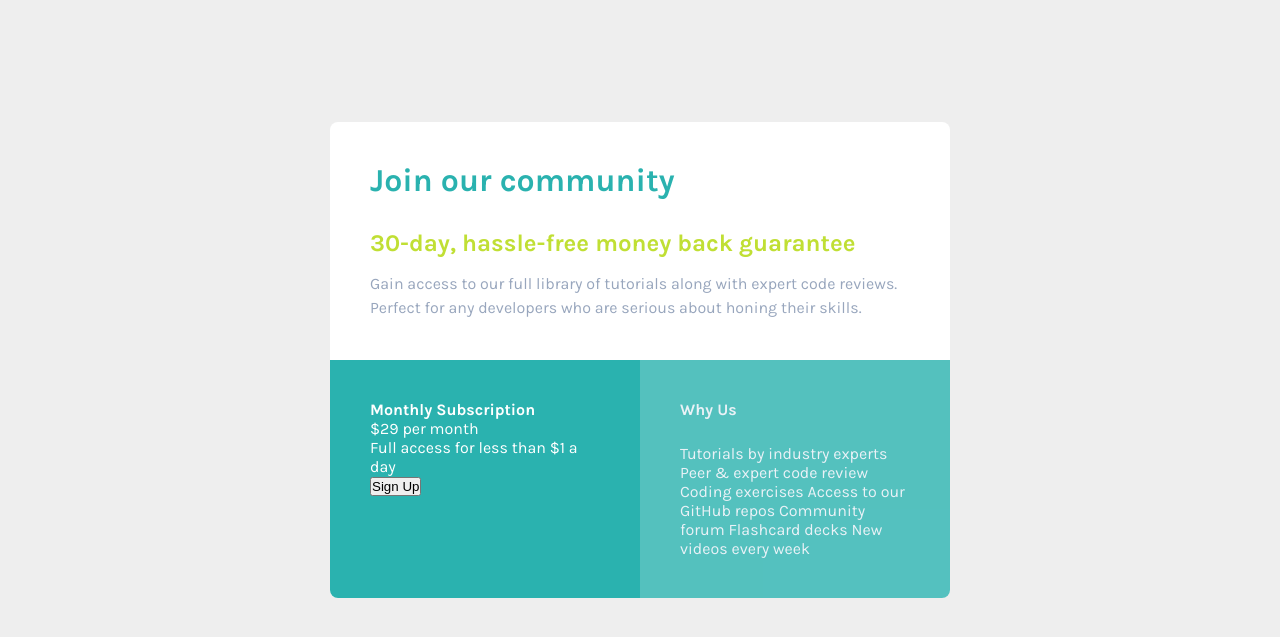
Repository: Akashiii1/WebSingleGrid_Day3
Page: index.html
An editor plug-in stored every save of this project. The page is shown before and after the next save, followed by the edit.
The browser window is 1280 px wide. The pictures show the whole page.

Above is the page before, as saved 2021-12-22 01:51:16.

### index.html
<!DOCTYPE html>
<html lang="en">
  <head>
    <meta charset="UTF-8" />
    <meta name="viewport" content="width=device-width, initial-scale=1.0" />
    <!-- displays site properly based on user's device -->

    <link
      rel="icon"
      type="image/png"
      sizes="32x32"
      href="./images/favicon-32x32.png"
    />

    <title>Frontend Mentor | Single Price Grid Component</title>

    <!-- Feel free to remove these styles or customise in your own stylesheet 👍 -->
    <link rel="stylesheet" href="style.css" />
    <style>
      .attribution {
        font-size: 11px;
        text-align: center;
      }
      .attribution a {
        color: hsl(228, 45%, 44%);
      }
    </style>
  </head>
  <body>
    <!-- Join our community

  30-day, hassle-free money back guarantee

  Gain access to our full library of tutorials along with expert code reviews.
  Perfect for any developers who are serious about honing their skills.

  Monthly Subscription

  &dollar;29 per month

  Full access for less than &dollar;1 a day

  Sign Up

  Why Us

  Tutorials by industry experts
  Peer &amp; expert code review
  Coding exercises
  Access to our GitHub repos
  Community forum
  Flashcard decks
  New videos every week -->
    <div class="wrapper">
      <div class="container">
        <div class="box item1">
          <h1>Join our community</h1>
          <h3>30-day, hassle-free money back guarantee</h3>
          <p>
            Gain access to our full library of tutorials along with expert code
            reviews. Perfect for any developers who are serious about honing
            their skills.
          </p>
        </div>
        <div class="box item2">
          <h4>Monthly Subscription</h4>
          <span>&dollar;29 per month</span>
          <p>Full access for less than &dollar;1 a day</p>
          <button class="btn">Sign Up</button>
        </div>
        <div class="box item3">
          <h4>Why Us</h4>
          <p>
            Tutorials by industry experts Peer &amp; expert code review Coding
            exercises Access to our GitHub repos Community forum Flashcard decks
            New videos every week
          </p>
        </div>
      </div>
    </div>
    <!-- <footer>
    <p class="attribution">
      Challenge by <a href="https://www.frontendmentor.io?ref=challenge" target="_blank">Frontend Mentor</a>.
      Coded by <a href="#">Your Name Here</a>.
    </p>
  </footer> -->
  </body>
</html>

### style.css

@import url('https://fonts.googleapis.com/css2?family=Karla:wght@400;700&display=swap');
:root{
  --Cyan: hsl(179, 62%, 43%);
 --BrightYellow: hsl(71, 73%, 54%);
 --LightGray: hsl(204, 43%, 93%);
 --GrayishBlue: hsl(218, 22%, 67%);
}
html {
box-sizing: border-box;
}
*{
margin: 0;
padding: 0;
}
*,*:before,*:after {
box-sizing: border-box;
}
input,
textarea,
select,
button{
outline: none;
}
input{
line-height: normal;
}
label,
button{
cursor: pointer;
}
a {
text-decoration: none;
}
img {
display: block;
max-width: 100%;
}
body{
  font-family: 'Karla', sans-serif;
  display: flex;
  justify-content: center;
  align-items: center;
  min-height: 100vh;
  background-color: #eee;
}
.wrapper{
  max-width: 620px;
  background-color: #fff;
  border-radius: 8px;
  overflow: hidden;
}
.container{
  display: grid;
  grid-template-columns:1fr 1fr;
  grid-template-rows: 1fr 1fr;
  grid-template-areas:"it1 it1"
                      "it2 it3";
}
.item1{
  grid-area: it1;
}
.item2{
  grid-area: it2;

}
.item3{
  grid-area: it3;
}
.box{
  padding: 40px;
}
.item1 h1{
  font-size: 32px;
  color:var(--Cyan) ;
  margin-bottom: 30px;
}
.item1 h3{
  color: var(--BrightYellow);
  font-size: 24px;
  margin-bottom: 15px;
}
.item1 p{
  color: var(--GrayishBlue);
  font-weight: 400;
  line-height: 1.5;

}
.item2 {
  background-color: var(--Cyan);
  color: #fff;
}
.item3{
  background-color: var(--Cyan);
  opacity: .8;
  color: var(--LightGray);
}
.item3 h4{
  margin-bottom: 25px;
}

After the next save:
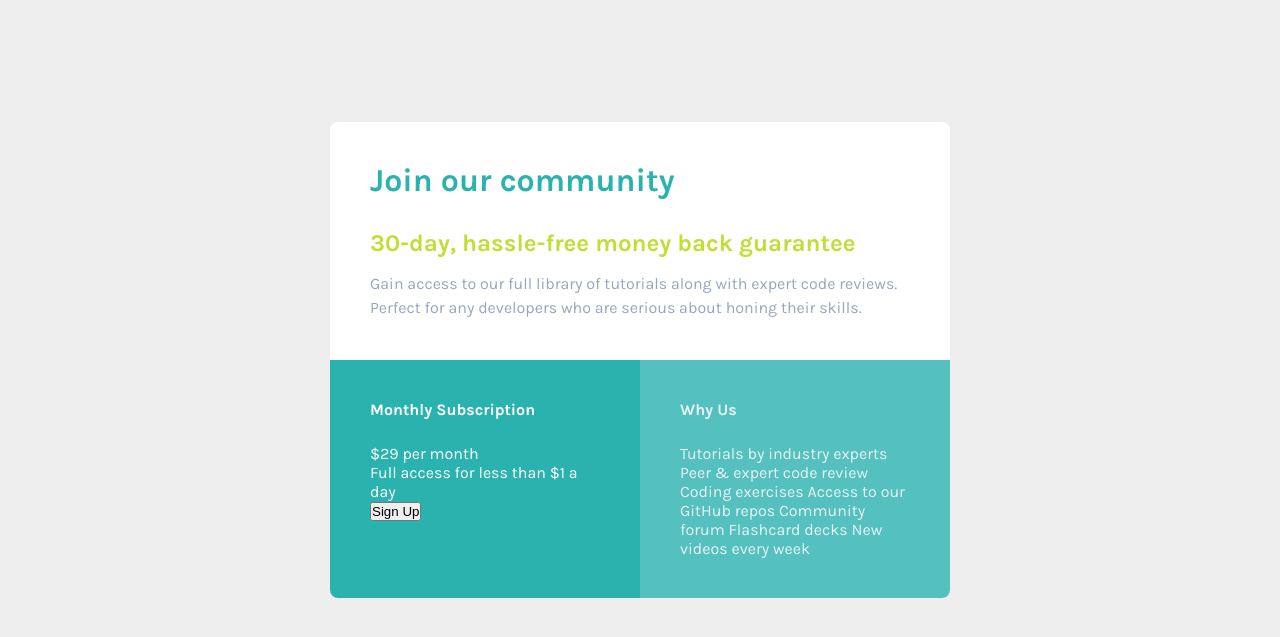
Saved 15 s later.
--- a/style.css
+++ b/style.css
@@ -90,6 +90,9 @@ body{
   background-color: var(--Cyan);
   color: #fff;
 }
+.item2 h4{
+  margin-bottom: 25px;
+}
 .item3{
   background-color: var(--Cyan);
   opacity: .8;
